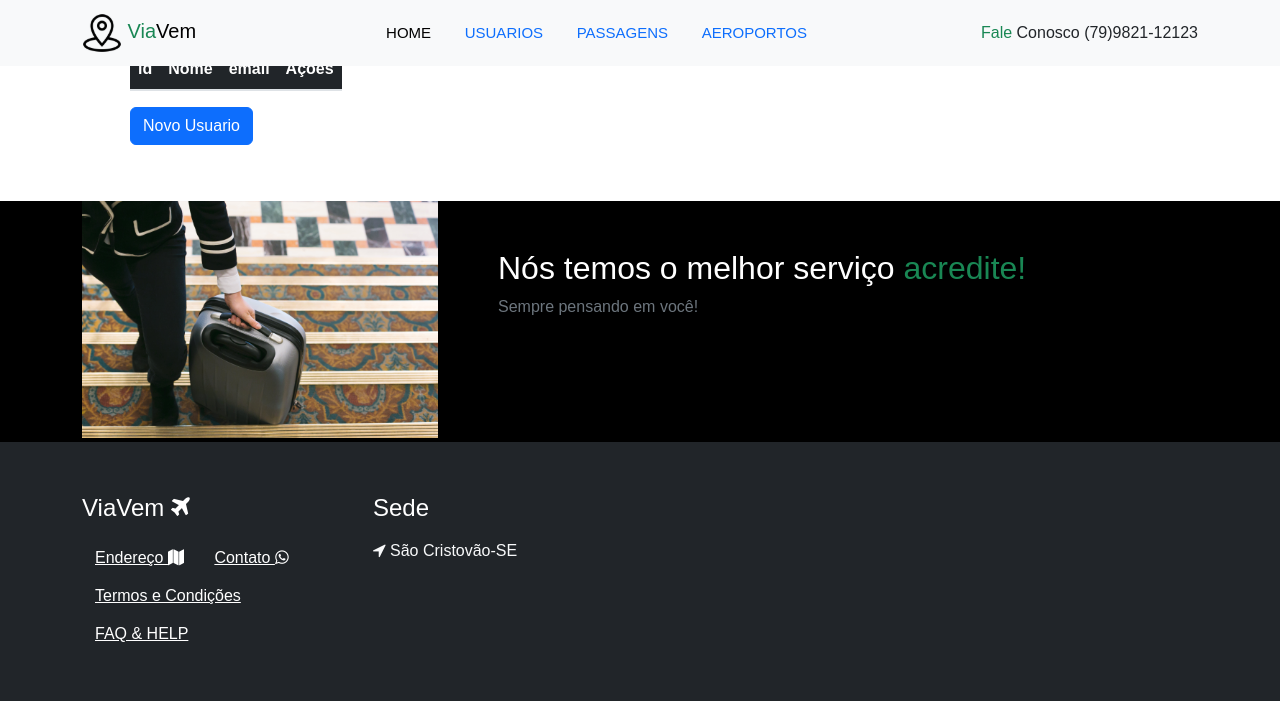
Repository: DavidSaintAnna/Desafio-modulo-4
Page: http://localhost/ViavemMvc/usuario
These files come from the project's save history. The page is drawn as it stood at one moment and after the next save; the edit follows.
The browser window is 1280 px wide. The pictures show the whole page.
Some web fonts or font styles are not loaded; a fallback is used. The page is served by Tomcat 9. Other server files are loaded and not shown. Queries for data that is not in the repository find no rows.

Above is the page before, as saved 2023-11-07 22:32:22.
Not found: ViavemMvc/ViavemMvc/script.js

### ViavemMvc/src/main/webapp/views/usuarios/index.jsp
<%@ page language="java" contentType="text/html; charset=ISO-8859-1"
	pageEncoding="ISO-8859-1"%>
<%@ taglib uri="http://java.sun.com/jsp/jstl/core" prefix="jstl"%>

<!DOCTYPE html>
<html lang="pt-br">
<head>
<meta charset="UTF-8">
<meta name="viewport" content="width=device-width, initial-scale=1.0" />
<link rel="icon" href="./assets/img/book-2-fill.svg" type="image/svg" />
<link href="https://cdn.jsdelivr.net/npm/bootstrap@5.2.1/dist/css/bootstrap.min.css" rel="stylesheet">
<link href="https://cdn.jsdelivr.net/npm/remixicon@2.5.0/fonts/remixicon.css" rel="stylesheet">
<meta name="viewport" content="width=device-width, initial-scale=1.0" />
<link rel="stylesheet" href="https://stackpath.bootstrapcdn.com/bootstrap/4.1.3/css/bootstrap.min.css" />
<link href="https://cdn.jsdelivr.net/npm/remixicon@2.5.0/fonts/remixicon.css" rel="stylesheet">
<link rel="icon" type="image/svg+xml" href="assets/images/image 8.svg" />
    <link
      href="https://cdn.jsdelivr.net/npm/bootstrap@5.3.1/dist/css/bootstrap.min.css"
      rel="stylesheet"
      integrity="sha384-4bw+/aepP/YC94hEpVNVgiZdgIC5+VKNBQNGCHeKRQN+PtmoHDEXuppvnDJzQIu9"
      crossorigin="anonymous"
    />
  <link
      rel="stylesheet"
      href="https://cdn.jsdelivr.net/npm/@fortawesome/fontawesome-free@6.2.1/css/fontawesome.min.css"
      integrity="sha384-QYIZto+st3yW+o8+5OHfT6S482Zsvz2WfOzpFSXMF9zqeLcFV0/wlZpMtyFcZALm"
      crossorigin="anonymous"
    />
    <link
      rel="stylesheet"
      href="https://cdnjs.cloudflare.com/ajax/libs/font-awesome/4.7.0/css/font-awesome.min.css"
    />
    <link rel="preconnect" href="https://fonts.googleapis.com" />
    <link rel="preconnect" href="https://fonts.gstatic.com" crossorigin />
    <link
      href="https://fonts.googleapis.com/css2?family=Mulish:wght@400;600;700&display=swap"
      rel="stylesheet"
    />
    <link rel="stylesheet" href="./css/style.css" />
<title>ViaVem | Usuarios</title>
</head>
<body>
		<header class="header">
			 <nav class="navbar navbar-expand-lg bg-light fixed-top">
        <div class="container">
          <a class="navbar-brand" href="#">
            <img src="assets/images/image 8.svg" class="logo" alt="logo" />
            <span class="text-success">Via</span>Vem
          </a>
          <button
            class="navbar-toggler"
            type="button"
            data-bs-toggle="collapse"
            data-bs-target="#navbarNav"
            aria-controls="navbarNav"
            aria-expanded="false"
            aria-label="Toggle navigation"
          >
            <i class="fas fa-stream navbar-toggler-icon"></i>
          </button>
          <div class="collapse navbar-collapse" id="navbarNav">
            <ul class="navbar-nav mx-auto">
		<jsp:include page="../../components/menu.jsp">
			<jsp:param name="home" value="./index.jsp" />
			<jsp:param name="usuarios" value="usuario" />
			<jsp:param name="passagens" value="passagem" />
			<jsp:param name="aeroportos" value="aeroporto" />
		</jsp:include>
		</ul>
            <div class="header_right">
              <div class="text-lg-end">
                <span class="text-success">Fale</span> Conosco
                <span class="phone_no">(79)9821-12123</span>
              </div>
            </div>
          </div>
        </div>
      </nav>
		</header>


<main>
		<section class="container">

			<div class="p-5">

				<table class="table table-responsive table-hover">
					<thead class="table-dark">
						<tr>
							<th scope="col">id</th>
							<th scope="col">Nome</th>
							<th scope="col">email</th>
							<th scope="col">Ações</th>
						</tr>
					</thead>
					<tbody>

						<jstl:forEach items="${listaUsuarios}" var="u">
							<tr>
								<td>${u.id}</td>
								<td>${u.nome}</td>
								<td>${u.email}</td>
								<td>
									<div class="d-flex">
										<a href="usuario-edit?id=${u.id}" class="mx-1" title="Editar">
											<i class="ri-file-edit-line"></i>
										</a>
										<a href="usuario-delete?id=${u.id}" class="mx-1" title="Cancelar"
											onclick="return confirm('Deseja excluir o autor ${u.nome}.')">
											<i class="ri-delete-bin-2-line"></i>
										</a>
									</div>
								</td>
							</tr>
						</jstl:forEach>

					</tbody>
				</table>
				<a href="./views/usuarios/create.jsp"
					class="btn btn-primary mb-2 botao1"> Novo Usuario </a>
			</div>
		</section>
	</main>
	 <footer>
      <section id="about" class="bg-black">
        <div class="container">
          <div class="row">
            <div class="col-lg-4 col-md-12 col-12 bg">
              <div class="about-img">
                <img
                  src="assets/images/rolling-suitcase-into-hotel.jpg"
                  alt="travel"
                  class="img-fluid"
                />
              </div>
            </div>
            <div class="col-lg-8 col-md-12 col-12 ps-lg-5 mt-md-5">
              <div class="about-text">
                <h2 class="text-white">
                  Nós temos o melhor serviço
                  <span class="text-success">acredite!</span>
                </h2>
                <p class="text-secondary">Sempre pensando em você!</p>
              </div>
            </div>
          </div>
        </div>
        <div class="container-fluid bg-dark text-light footer pt-1 mt-1">
          <div class="container py-5">
            <div class="row g-5">
              <div class="col-lg-3 col-md-6">
                <h4 class="text-white mb-3">
                  ViaVem <i class="fa fa-plane" aria-hidden="true"></i>
                </h4>
                <a href="#" class="btn btn-link text-white"
                  >Endereço <i class="fa fa-map" aria-hidden="true"></i
                ></a>
                <a href="#" class="btn btn-link text-white"
                  >Contato <i class="fa fa-whatsapp" aria-hidden="true"></i
                ></a>
                <a href="#" class="btn btn-link text-white"
                  >Termos e Condições</a
                >
                <a href="#" class="btn btn-link text-white">FAQ & HELP</a>
              </div>
              <div class="col lg-3 col-md-6">
                <h4 class="text-white mb-3">Sede</h4>
                <p class="mb-2">
                  <i class="fa fa-location-arrow" aria-hidden="true"></i>
                  São Cristovão-SE
                </p>
              </div>
            </div>
          </div>
        </div>
      </section>
    </footer>
    <script
      src="https://cdn.jsdelivr.net/npm/bootstrap@5.3.1/dist/js/bootstrap.bundle.min.js"
      integrity="sha384-HwwvtgBNo3bZJJLYd8oVXjrBZt8cqVSpeBNS5n7C8IVInixGAoxmnlMuBnhbgrkm"
      crossorigin="anonymous"
    ></script>
	<script src="script.js"></script>
	<script src="https://code.jquery.com/jquery-3.3.1.slim.min.js"></script>
	<script src="https://cdnjs.cloudflare.com/ajax/libs/popper.js/1.14.3/umd/popper.min.js"></script>
	<script src="https://stackpath.bootstrapcdn.com/bootstrap/4.1.3/js/bootstrap.min.js"></script>
	<script src="https://cdn.jsdelivr.net/npm/@popperjs/core@2.11.6/dist/umd/popper.min.js"></script>
	<script src="https://cdn.jsdelivr.net/npm/bootstrap@5.2.1/dist/js/bootstrap.min.js"></script>
</body>
</html>

### ViavemMvc/src/main/webapp/components/menu.jsp
<%@ page language="java" contentType="text/html; charset=ISO-8859-1"
	pageEncoding="ISO-8859-1"%>
<ul class="nav justify-content-center">
	<li class="nav-item"><a class="nav-link active"
		aria-current="page" href="<%=request.getParameter("home")%>">Home</a></li>
	<li class="nav-item"><a class="nav-link" href="<%=request.getParameter("usuarios")%>">Usuarios</a>
	</li>
	<li class="nav-item"><a class="nav-link" href="<%=request.getParameter("passagens")%>">Passagens</a></li>
	<li class="nav-item"><a class="nav-link" href="<%=request.getParameter("aeroportos")%>">Aeroportos</a></li>
</ul>

### ViavemMvc/src/main/java/controller/UsuarioController.java
package controller;

import java.io.IOException;
import java.util.List;

import javax.servlet.ServletException;
import javax.servlet.annotation.WebServlet;
import javax.servlet.http.HttpServlet;
import javax.servlet.http.HttpServletRequest;
import javax.servlet.http.HttpServletResponse;

import dao.UsuariosDAO;
import javax.servlet.RequestDispatcher;
import models.Passagens;
import models.Usuarios;

@WebServlet(urlPatterns = { "/usuario", "/usuario-create", "/usuario-edit", "/usuario-update", "/usuario-delete" })
public class UsuarioController extends HttpServlet {
	private static final long serialVersionUID = 1L;
	UsuariosDAO udao = new UsuariosDAO();
	Usuarios usuario = new Usuarios();


    public UsuarioController() {
        super();
        // TODO Auto-generated constructor stub
    }


	protected void doGet(HttpServletRequest request, HttpServletResponse response) throws ServletException, IOException {
		// TODO Auto-generated method stub
		String action = request.getServletPath();
		switch(action) {
		case "/usuario":
			read(request,response);
			break;
		case "/usuario-delete":
			delete(request, response);
			break;
		case "/usuario-create":
			create(request, response);
			break;
		case "/usuario-edit":
			edit(request, response);
			break;
		case "/usuario-update":
			update(request, response);
			break;

		default:
				response.sendRedirect("index.html");
			break;
	}

	}

	protected void read(HttpServletRequest request, HttpServletResponse response) throws ServletException, IOException {
		List<Usuarios> lista = udao.read();
		request.setAttribute("listaUsuarios",lista);
		RequestDispatcher rd = request.getRequestDispatcher("./views/usuarios/index.jsp");
		rd.forward(request,response);
	}

	protected void create(HttpServletRequest request, HttpServletResponse response) throws ServletException, IOException {
		usuario.setNome(request.getParameter("nome"));
		usuario.setEmail(request.getParameter("email"));
		usuario.setSenha(request.getParameter("senha"));
		int id_passagem = Integer.parseInt(request.getParameter("id_passagem"));
		Passagens passagens = new Passagens();
		passagens.setId(id_passagem);
		usuario.setPassagens(passagens);
		udao.create(usuario);
		response.sendRedirect("usuario");
	}

	protected void edit(HttpServletRequest request, HttpServletResponse response) throws ServletException, IOException {
		int id = Integer.parseInt(request.getParameter("id"));

		usuario = udao.readById(id);

		request.setAttribute("usuario", usuario);

		RequestDispatcher rd = request.getRequestDispatcher("./views/usuarios/update.jsp");
		rd.forward(request, response);
	}

	protected void update(HttpServletRequest request, HttpServletResponse response)throws ServletException, IOException {

		usuario.setId(Integer.parseInt(request.getParameter("id")));
		usuario.setNome(request.getParameter("nome"));
		usuario.setEmail(request.getParameter("email"));
		usuario.setSenha(request.getParameter("senha"));

		udao.update(usuario);
		response.sendRedirect("usuario");
	}

	protected void delete(HttpServletRequest request, HttpServletResponse response) throws ServletException, IOException {
		int id = Integer.parseInt(request.getParameter("id"));
		udao.delete(id);
		response.sendRedirect("usuario");
	}



}

### ViavemMvc/src/main/java/factory/ConnectionFactory.java
package factory;

import java.sql.Connection;
import java.sql.DriverManager;

public class ConnectionFactory {
    private static final String USERNAME = "root";

    private static final String PASSWORD = "1234";

    private static final String DATABASE_URL = "jdbc:mysql://localhost:3306/db";

    public static Connection createConnectionToMySQL() throws Exception {
    	Class.forName("com.mysql.cj.jdbc.Driver");
        Connection connection = DriverManager.getConnection(DATABASE_URL, USERNAME, PASSWORD);
        return connection;
    }

    public static void main(String[] args) throws Exception {
        Connection con = createConnectionToMySQL();
        if (con != null) {
            System.out.println("connection started!");
            con.close();
        }
    }
}

### ViavemMvc/src/main/webapp/css/style.css
* {
  margin: 0;
  padding: 0;
  box-sizing: border-box;
  -webkit-font-smoothing: antialiased;
  -moz-osx-font-smoothing: grayscale;
}

html,
body,
input {
  font-family: "Mulish", sans-serif;
}

.logo {
  width: 2.5rem;
  height: 2.5rem;
}



ul {
	display: flex;
	gap : 1.1rem;

}

.section-padding {
  padding: 100px 0;
}

.carousel-item {
  height: 100vh;
  min-height: 300px;
}

.carousel-caption {
  border-bottom: 220px;
  z-index: 2;
}

.carousel-caption h5 {
  font-size: 45px;
  text-transform: uppercase;
  letter-spacing: 2px;
  margin-top: 25px;
}

.carousel-caption p {
  width: 60%;
  margin: auto;
  font-size: 18px;
  line-height: 1.9;
}
.navbar-nav a {
  font-size: 15px;
  text-transform: uppercase;
  font-weight: 500;
}

.navbar-light .navbar-brand {
  color: #000;
  font-size: 25px;
  text-transform: uppercase;
  font-weight: 700;
  letter-spacing: 2px;
}

.w-100 {
  height: 100vh;
}

@media only screen and (min-width: 768px) and (max-width: 991px) {
  .carousel-caption {
    bottom: 370px;
  }
  .carousel-caption p {
    width: 100%;
  }

}

@media only screen and (max-width: 767px) {
  .navbar-nav {
    text-align: center;
  }
  .carousel-caption {
    bottom: 125px;
  }
  .carousel-caption h5 {
    font-size: 17px;
  }
  .carousel-caption a {
    padding: 10px 15px;
  }
  .carousel-item {
    height: 67vh;
    min-height: 300px;
  }
  .carousel-inner > img {
    height: 53vh;
  }
  .w-100 {
    height: 53vh;
  }
}

### ViavemMvc/src/main/webapp/assets/images/image 8.svg
<svg width="292" height="292" viewBox="0 0 292 292" fill="none" xmlns="http://www.w3.org/2000/svg" xmlns:xlink="http://www.w3.org/1999/xlink">
<rect width="292" height="292" fill="url(#pattern0)"/>
<defs>
<pattern id="pattern0" patternContentUnits="objectBoundingBox" width="1" height="1">
<use xlink:href="#image0_10_7" transform="scale(0.00195312)"/>
</pattern>
<image id="image0_10_7" width="512" height="512" xlink:href="data:[embedded picture, 24286 characters]"/>
</defs>
</svg>

After the next save:
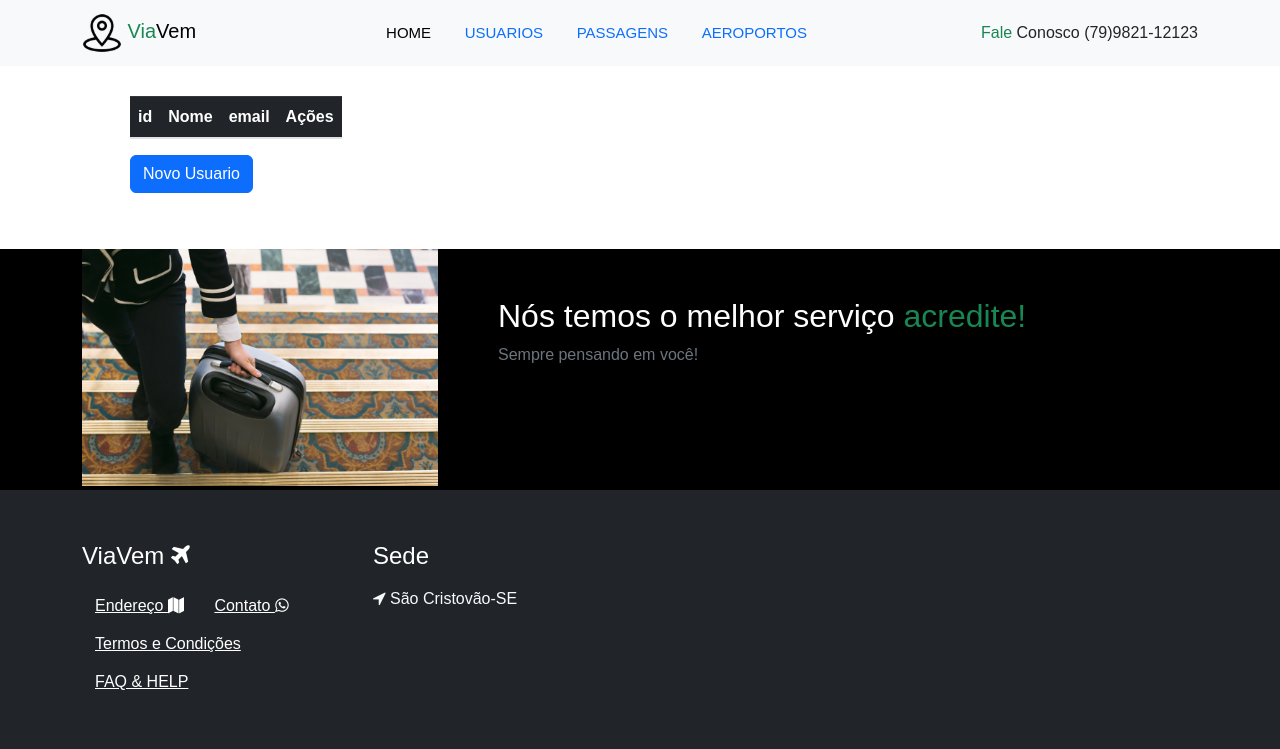
Saved 2 min 32 s later.
--- a/ViavemMvc/src/main/webapp/views/usuarios/index.jsp
+++ b/ViavemMvc/src/main/webapp/views/usuarios/index.jsp
@@ -82,7 +82,7 @@
 <main>
 		<section class="container">
 
-			<div class="p-5">
+			<div class="p-5 mt-5">
 
 				<table class="table table-responsive table-hover">
 					<thead class="table-dark">
